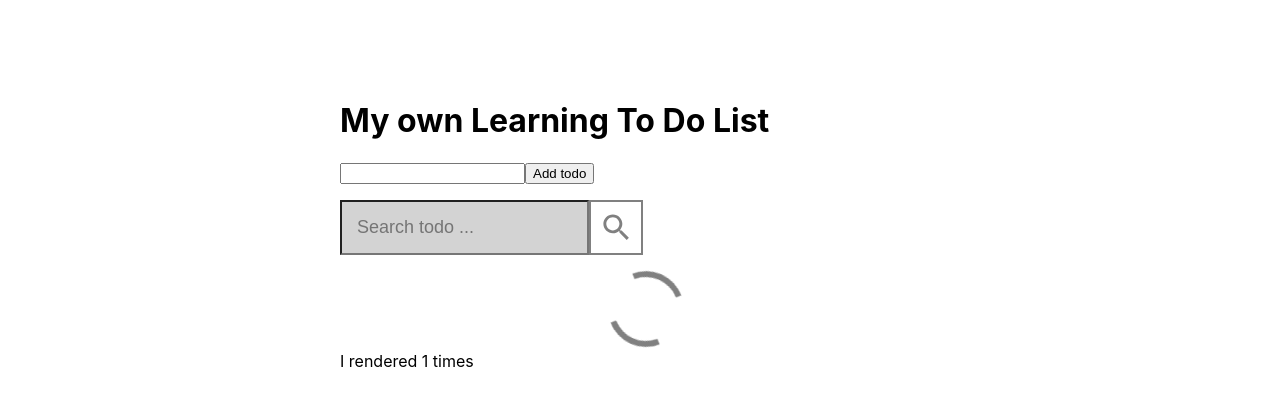
Repository: ArusyakAghajanyan/To-Do
Page: /
These files come from the project's save history. The page is drawn as it stood at one moment and after the next save; the edit follows.
The browser window is 1280 px wide. The pictures show the whole page.
The page's requests for data from a server got no answer. The project was rebuilt for these pictures with package versions that can differ from the ones it lists, and the page was loaded fresh each time. No one was signed in, and anything a server would have sent is missing. Also part of the build but not shown: src/Todo/TodoItem.js, src/Todo/TodoList.js.

Above is the page before, as saved 2022-03-16 16:17:43.

### src/index.css
body {
  margin: 0;
  font-family: -apple-system, BlinkMacSystemFont, 'Segoe UI', 'Roboto', 'Oxygen',
    'Ubuntu', 'Cantarell', 'Fira Sans', 'Droid Sans', 'Helvetica Neue',
    sans-serif;
  -webkit-font-smoothing: antialiased;
  -moz-osx-font-smoothing: grayscale;
}

code {
  font-family: source-code-pro, Menlo, Monaco, Consolas, 'Courier New',
    monospace;
}
.wrapper {
  padding-top: 5rem;
  margin: 0 auto;
  width: 600px;
}
.rm {
  background: gray;
  border-radius: 50%;
  color:#fff;
  border: none;
}

.done {
  text-decoration: line-through;
}

.lds-dual-ring {
  display: inline-block;
  width: 80px;
  height: 80px;
}

.lds-dual-ring:after {
  content: " ";
  display: block;
  width: 64px;
  height: 64px;
  margin: 8px;
  border-radius: 50%;
  border: 6px solid gray;
  border-color: gray transparent gray transparent;
  animation: lds-dual-ring 1.2s linear infinite;
}
@keyframes lds-dual-ring {
  0% {
    transform: rotate(0deg);
  }
  100% {
    transform: rotate(360deg);
  }
}

### src/App.js
import React, { useEffect, useRef, useState } from 'react'
import TodoList from './Todo/TodoList'
import Context from './context'
import Loader from './Loader'
import SearchBar from './Search/SearchBar'

const AddTodo = React.lazy(
  () =>
  new Promise(resolve => {
    setTimeout(() => {
      resolve(import('./Todo/AddTodo'))
    }, 3000)
  })
  )

function App() {
  const [todos, setTodos] = useState([])
    // { id: 1, completed: false, title: 'Learn HTML, CSS'},
    // { id: 2, completed: true, title: 'Learn Js'},
    // { id: 3, completed: false, title: 'Learn React'},
    // { id: 4, completed: false, title: 'Learn Java'}
  const [loading, setLoading] = useState(true)
  const renderCount = useRef(0)
  const[data,setData] = useState([])

  useEffect(() => {
    renderCount.current = renderCount.current + 1
  })


useEffect(() => {
  fetch('https://jsonplaceholder.typicode.com/todos?_limit=5')
    .then(response => response.json())
    .then(todos => {
      setTimeout(() => {
        setTodos(todos)
        setLoading(false)
      }, 2000)
    })
}, [])

  function toggleTodo(id){
    setTodos(
    todos.map(todo => {
    if (todo.id === id) {
      todo.completed = !todo.completed
    }
    return todo
    })
    )
  }

  function removeTodo(id){
   setTodos(todos.filter(todo => todo.id !== id))
  }

  function addTodo(title) {
    setTodos(todos.concat([{
      title,
      id: Date.now(),
      completed: false
    }]))
  }
  function searchResult(data){
    console.log("data=", data)
    setData(data)
  }
  return (
    <Context.Provider value={{ removeTodo }}>
    <div className='wrapper'>
      <h1>My own Learning To Do List</h1>
      <React.Suspense fallback={<p>Loading...</p>}>

      <AddTodo onCreate={addTodo} />
      <SearchBar placeholder="Search todo ..." data={todos}  filterData={searchResult} />
      </React.Suspense>
      {loading && <Loader />}
      {todos.length ? (
      <TodoList todos={data.length > 0 ? data : todos} onToggle={toggleTodo} />
      ) : loading ? null : (
        <p>No todos!</p>
       )}
       <div> I rendered {renderCount.current} times </div>
       <div >

    </div>

    </div>
    </Context.Provider>

  )
}

export default App

### src/Loader.js
import React from 'react'

export default () => <div style={{display: 'flex', justifyContent: 'center', margin: '.5rem' }}>
    <div className="lds-dual-ring" /></div>

### src/Search/SearchBar.js
import React, { useState, useEffect } from "react";
import "./SearchBar.css";
import SearchIcon from '@mui/icons-material/Search';
import CloseIcon from '@mui/icons-material/Close';

function SearchBar({ placeholder, data, filterData }) {
  const [filteredData, setFilteredData] = useState([]);
  const [wordEntered, setWordEntered] = useState("");

  const handleFilter = (event) => {
    const searchWord = event.target.value;
    setWordEntered(searchWord);
    const newFilter = data.filter((value) => {
      return value.title.toLowerCase().includes(searchWord.toLowerCase());
    });

    if (searchWord === "") {
      setFilteredData([]);
    } else {
      setFilteredData(newFilter);
    }
  };

  const clearInput = () => {
    setFilteredData([]);
    setWordEntered("");
  };

 useEffect(() => {
  filterData(filteredData)

 }, [filteredData])


  return (
    <div className="search">
      <div className="searchInputs">
        <input
          type="text"
          placeholder={placeholder}
          value={wordEntered}
          onChange={handleFilter}

        />
        <div className="searchIcon">
          {filteredData.length === 0 ? (
            <SearchIcon />
          ) : (
            <CloseIcon id="clearBtn" onClick={clearInput} />
          )}
        </div>
      </div>

    </div>
  );

}

export default SearchBar;

### src/Todo/AddTodo.js
import React, { useState } from "react";
import PropTypes from "prop-types";

function useInputValue(defaultValue = " ") {
  const [value, setValue] = useState(defaultValue);
  return {
    bind: {
      value,
      onChange: (event) => setValue(event.target.value),
    },
    clear: () => setValue(""),
    value: () => value,
  };
}

function AddTodo({ onCreate }) {
  const input = useInputValue(" ");

  function submitHandler(event) {
    event.preventDefault();

    if (input.value().trim()) {
      onCreate(input.value());
      input.clear();
    }
  }

  return (
    <form style={{ marginBottom: "1rem" }} onSubmit={submitHandler}>
      <input {...input.bind} />
      <button type="submit">Add todo</button>
    </form>
  );
}

AddTodo.propTypes = {
  onCreate: PropTypes.func.isRequired,
};

export default AddTodo;

### src/Search/SearchBar.css
.searchInputs {
    margin-top: 0px;
    display: flex;
  }

  .search input{
    background-color: lightgray;
    border-top-right-radius: 0px;
    border-bottom-right-radius: 0px;
    font-size: 18px;
    padding: 15px;
    width: 215px;
  }

  .searchIcon {
    background-color: lightgray;
    border: 2px solid gray;
    width: 50px;
    background-color: white;
    display: grid;
    place-items: center;
    color: gray;
  }

  input:focus {
    outline: none;
  }
  .searchIcon svg {
    font-size: 35px;
  }

  /* .dataResult {
    margin-top: 0px;
    width: 300px;
    height: 200px;
    background-color: lightgray;
    box-shadow: rgba(0, 0, 0, 0.35) 0px 5px 15px;
    overflow: hidden;
    overflow-y: auto;
    position: absolute;
  } */

  /* .dataResult::-webkit-scrollbar {
    display: none;
  } */

  /* .dataResult .dataItem {
    width: 100%;
    height: 50px;
    display: flex;
    align-items: center;
    color: black;
  } */

  /* .dataItem p {
    margin-left: 10px;
  }
  a {
    text-decoration: none;
  } */

  /* a:hover {
    background-color: lightgrey;
  } */

  #clearBtn {
    cursor: pointer;
  }

Loaded but not shown: public/index.html (common file); src/index.js (common file); src/reportWebVitals.js (common file); src/context.js (common file)

After the next save:
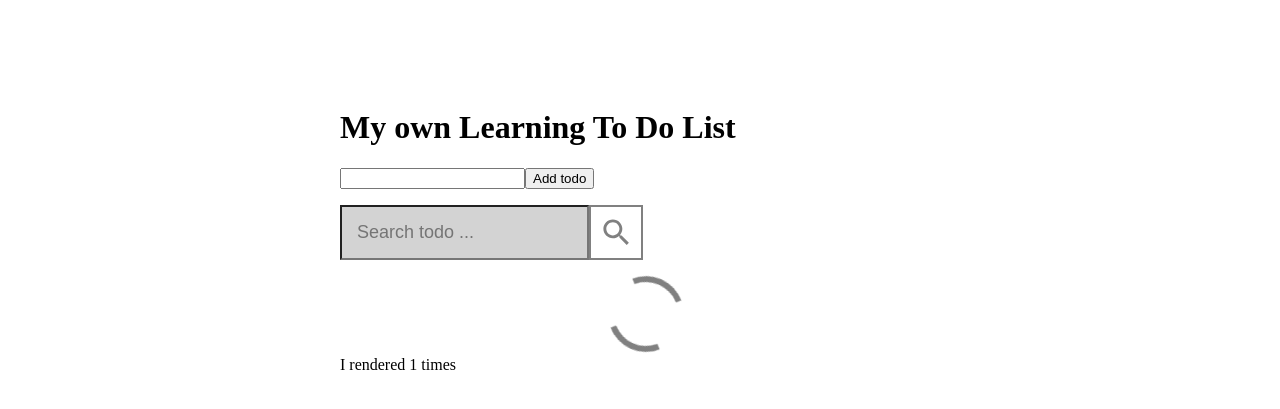
Saved 4 min 21 s later.
--- a/src/index.css
+++ b/src/index.css
@@ -1,10 +1,10 @@
 body {
-  margin: 0;
+  /* margin: 0;
   font-family: -apple-system, BlinkMacSystemFont, 'Segoe UI', 'Roboto', 'Oxygen',
     'Ubuntu', 'Cantarell', 'Fira Sans', 'Droid Sans', 'Helvetica Neue',
     sans-serif;
   -webkit-font-smoothing: antialiased;
-  -moz-osx-font-smoothing: grayscale;
+  -moz-osx-font-smoothing: grayscale; */
 }
 
 code {

After the 5 saves that followed:
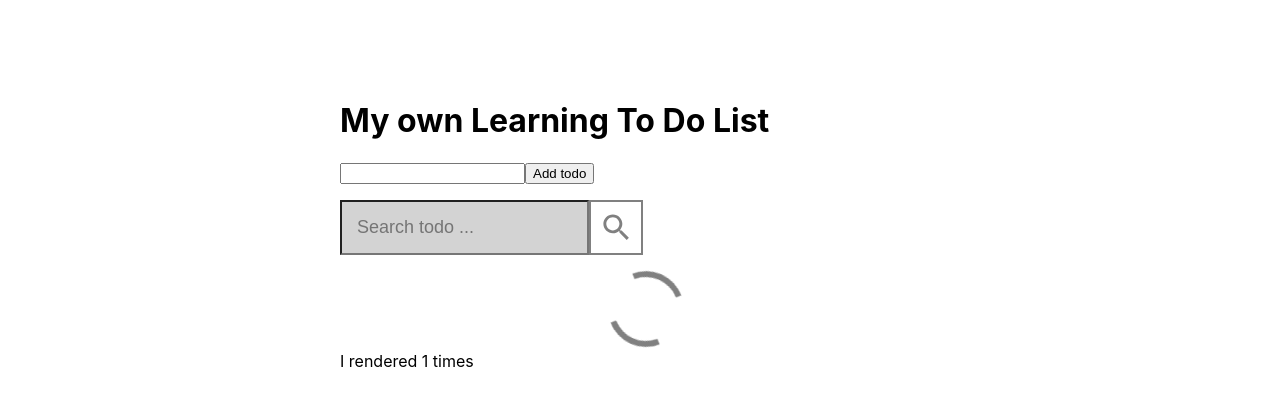
The 5 saves are shown as one change because 1 left the picture as it was and some came seconds apart.
The last was saved 21 s later.
--- a/src/index.css
+++ b/src/index.css
@@ -1,10 +1,10 @@
 body {
-  /* margin: 0;
+  margin: 0;
   font-family: -apple-system, BlinkMacSystemFont, 'Segoe UI', 'Roboto', 'Oxygen',
     'Ubuntu', 'Cantarell', 'Fira Sans', 'Droid Sans', 'Helvetica Neue',
     sans-serif;
   -webkit-font-smoothing: antialiased;
-  -moz-osx-font-smoothing: grayscale; */
+  -moz-osx-font-smoothing: grayscale;
 }
 
 code {
